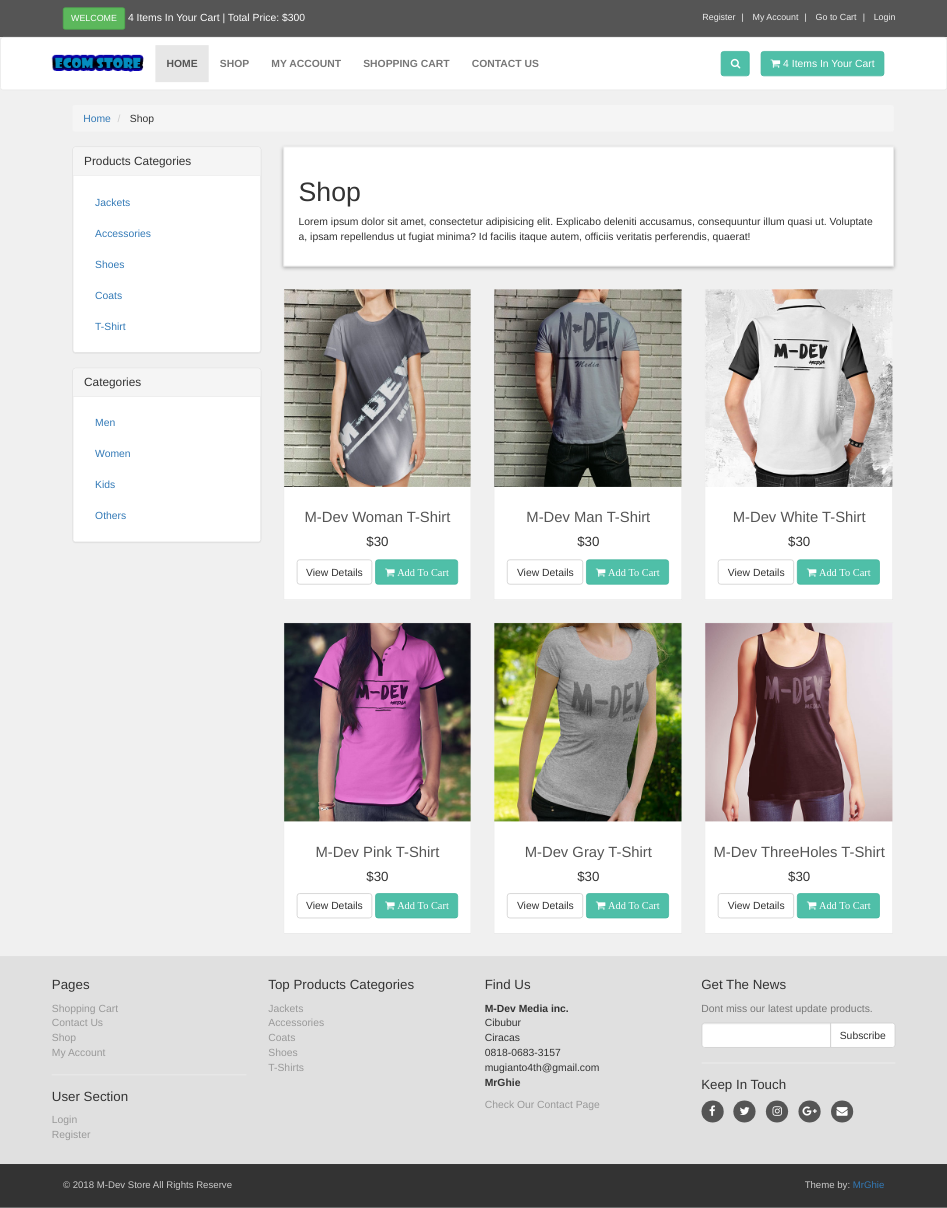
Repository: truonghuynhquy/M_Dev_Store
Page: http://localhost/shop.php
An editor plug-in stored every save of this project. The page is shown before and after the next save, followed by the edit.
The browser window is 1280 px wide. The pictures show the whole page, at 74% of full size.
The page is run by PHP 8.4 with error messages shown; the project is at /var/www/html/.

Above is the page before, as saved 2022-09-25 21:28:21.

### shop.php
<!DOCTYPE html>
<html lang="en">

<head>
    <meta charset="UTF-8">
    <meta http-equiv="X-UA-Compatible" content="IE=edge">
    <meta name="viewport" content="width=device-width, initial-scale=1.0">
    <title>M-Dev Shop</title>
    <link rel="stylesheet" href="styles/bootstrap-337.min.css">
    <link rel="stylesheet" href="styles/style.css">
    <link rel="stylesheet" href="font-awsome/css/font-awesome.min.css">
</head>

<body>
    <div id="top">
        <!--  Top:     Begin  -->

        <div class="container">
            <!--  Container:     Begin  -->
            <div class="col-md-6 offer">
                <!--  col-md-6 offer:     Begin  -->
                <a href="#" class="btn btn-success btn-sm">Welcome</a>
                <a href="checkout.php">4 Items In Your Cart | Total Price: $300</a>
            </div><!--  col-md-6:     Finish  -->

            <div class="col md-6">
                <!--  col-md-6:     Begin  -->

                <ul class="menu">
                    <!--  menu:     Begin  -->
                    <li>
                        <a href="customer_register.php">Register</a>
                    </li>
                    <li>
                        <a href="checkout.php">My Account</a>
                    </li>
                    <li>
                        <a href="cart.php">Go to Cart</a>
                    </li>
                    <li>
                        <a href="checkout.php">Login</a>
                    </li>

                </ul><!--  menu:     Finish  -->

            </div><!--  col-md-6:     Finish  -->

        </div><!--  Container:     Finish  -->

    </div><!--  Top:    Finish  -->

    <div id="navbar" class="navbar navbar-default">
        <!--  navbar navbar-default:    Begin  -->

        <div class="container">
            <!--  container:    Begin  -->

            <div class="nav-header">
                <!--  nav-header:    Begin  -->

                <a href="index.php" class="navbar-brand home">
                    <!-- navbar-brand home Begin -->

                    <img src="images/ecom-store-logo.png" alt="M-dev-Store Logo" class="hidden-xs">
                    <img src="images/ecom-store-logo-mobile.png" alt="M-dev-Store Logo Mobile" class="visible-xs">

                </a><!-- navbar-brand home Finish -->

                <button class="navbar-toggle" data-toggle="collapse" data-target="#navigation">

                    <span class="sr-only">Toggle navigation</span>

                    <i class="fa fa-align-justify"></i>

                </button>

                <button class="navbar-toggle" data-toggle="collapse" data-target="#search">

                    <span class="sr-only">Toggle Search</span>

                    <i class="fa fa-search"></i>

                </button>

            </div><!--  nav-header:    Finish  -->

            <div class="collapse navbar-collapse" id="navigation">
                <!-- navbar-collapse collapse Begin -->

                <div class="padding-nav">
                    <!-- padding-nav Begin -->

                    <ul class="nav navbar-nav left">
                        <!-- nav navbar-nav left Begin -->

                        <li class="active">
                            <a href="index.php">Home</a>
                        </li>
                        <li>
                            <a href="shop.php">Shop</a>
                        </li>
                        <li>
                            <a href="checkout.php">My Account</a>
                        </li>
                        <li>
                            <a href="cart.php">Shopping Cart</a>
                        </li>
                        <li>
                            <a href="contact.php">Contact Us</a>
                        </li>

                    </ul><!-- nav navbar-nav left Finish -->

                </div><!-- padding-nav Finish -->

                <a href="cart.php" class="btn navbar-btn btn-primary right">

                    <!-- btn navbar-btn btn-primary Begin -->

                    <i class="fa fa-shopping-cart"></i>

                    <span>4 Items In Your Cart</span>

                </a><!-- btn navbar-btn btn-primary Finish -->

                <div class="navbar-collapse collapse right">
                    <!-- navbar-collapse collapse right Begin -->

                    <button class="btn btn-primary navbar-btn" type="button" data-toggle="collapse" data-target="#search">
                        <!-- btn btn-primary navbar-btn Begin -->

                        <span class="sr-only">Toggle Search</span>

                        <i class="fa fa-search"></i>

                </div><!-- navbar-collapse collapse right Finish -->

                <div class="collapse clearfix" id="search">
                    <!-- collapse clearfix Begin -->

                    <form method="get" action="results.php" class="navbar-form">
                        <!-- navbar-form Begin -->

                        <div class="input-group">
                            <!-- input-group Begin -->

                            <input type="text" class="form-control" placeholder="Search" name="user_query" required>

                            <span class="input-group-btn">
                                <!-- input-group-btn Begin -->

                                <button type="submit" name="search" value="Search" class="btn btn-primary">
                                    <!-- btn btn-primary Begin -->

                                    <i class="fa fa-search"></i>

                                </button><!-- btn btn-primary Finish -->

                            </span><!-- input-group-btn Finish -->

                        </div><!-- input-group Finish -->

                    </form><!-- navbar-form Finish -->

                </div><!-- collapse clearfix Finish -->

            </div><!-- navbar-collapse collapse Finish -->

        </div><!--  container:    Finish  -->

    </div><!--  navbar navbar-default:    Finish  -->

    <div id="content">
        <!-- #content Begin -->

        <div class="container">
            <!-- container Begin -->

            <div class="col-md-12">
                <!-- col-md-12 Begin -->

                <ul class="breadcrumb">
                    <!-- breadcrumb Begin -->

                    <li>
                        <a href="index.php">Home</a>
                    </li>
                    <li>
                        Shop
                    </li>

                </ul><!-- breadcrumb Finish -->

            </div><!-- col-md-12 Finish  -->

            <div class="col-md-3">
                <!-- col-md-3 Begin -->

                <?php

                include("includes/sidebar.php");
                ?>

            </div><!-- col-md-3 Finish -->

            <div class="col-md-9">
                <!-- col-md-9 Begin -->

                <div class="box">
                    <!-- box Begin -->

                    <h1>Shop</h1>
                    <p>
                        Lorem ipsum dolor sit amet, consectetur adipisicing elit. Explicabo deleniti accusamus, consequuntur illum quasi ut. Voluptate a, ipsam repellendus ut fugiat minima? Id facilis itaque autem, officiis veritatis perferendis, quaerat!
                    </p>

                </div><!-- box Finish -->

                <div class="row">
                    <!-- row Begin -->

                    <div class="col-md-4 col-sm-6 center-responsive">
                        <!-- col-md-4 col-sm-6 center-responsive Begin -->

                        <div class="product">
                            <!-- product Begin -->

                            <a href="details.php">

                                <img class="img-responsive" src="admin_area/product_images/product-1.jpg" alt="Product 1">

                            </a>

                            <div class="text">
                                <!-- text Begin -->

                                <h3>
                                    <a href="details.php">
                                        M-Dev Woman T-Shirt
                                    </a>
                                </h3>

                                <p class="price">$30</p>

                                <p class="button">

                                    <a href="details.php" class="btn btn-default">View Details</a>

                                    <a href="details.php" class="btn btn-primary">

                                        <i class="fa fa-shopping-cart">
                                            Add To Cart
                                        </i>

                                    </a>

                                </p>

                            </div><!-- text Finish -->

                        </div><!-- product Finish -->

                    </div><!-- col-md-4 col-sm-6 center-responsive Finish -->

                    <div class="col-md-4 col-sm-6 center-responsive">
                        <!-- col-md-4 col-sm-6 center-responsive Begin -->

                        <div class="product">
                            <!-- product Begin -->

                            <a href="details.php">

                                <img class="img-responsive" src="admin_area/product_images/product-2.jpg" alt="Product 2">

                            </a>

                            <div class="text">
                                <!-- text Begin -->

                                <h3>
                                    <a href="details.php">
                                        M-Dev Man T-Shirt
                                    </a>
                                </h3>

                                <p class="price">$30</p>

                                <p class="button">

                                    <a href="details.php" class="btn btn-default">View Details</a>

                                    <a href="details.php" class="btn btn-primary">

                                        <i class="fa fa-shopping-cart">
                                            Add To Cart
                                        </i>

                                    </a>

                                </p>

                            </div><!-- text Finish -->

                        </div><!-- product Finish -->

                    </div><!-- col-md-4 col-sm-6 center-responsive Finish -->

                    <div class="col-md-4 col-sm-6 center-responsive">
                        <!-- col-md-4 col-sm-6 center-responsive Begin -->

                        <div class="product">
                            <!-- product Begin -->

                            <a href="details.php">

                                <img class="img-responsive" src="admin_area/product_images/Product-3b.jpg" alt="Product 3b">

                            </a>

                            <div class="text">
                                <!-- text Begin -->

                                <h3>
                                    <a href="details.php">
                                        M-Dev White T-Shirt
                                    </a>
                                </h3>

                                <p class="price">$30</p>

                                <p class="button">

                                    <a href="details.php" class="btn btn-default">View Details</a>

                                    <a href="details.php" class="btn btn-primary">

                                        <i class="fa fa-shopping-cart">
                                            Add To Cart
                                        </i>

                                    </a>

                                </p>

                            </div><!-- text Finish -->

                        </div><!-- product Finish -->

                    </div><!-- col-md-4 col-sm-6 center-responsive Finish -->

                    <div class="col-md-4 col-sm-6 center-responsive">
                        <!-- col-md-4 col-sm-6 center-responsive Begin -->

                        <div class="product">
                            <!-- product Begin -->

                            <a href="details.php">

                                <img class="img-responsive" src="admin_area/product_images/Product-4a.jpg" alt="Product 4a">

                            </a>

                            <div class="text">
                                <!-- text Begin -->

                                <h3>
                                    <a href="details.php">
                                        M-Dev Pink T-Shirt
                                    </a>
                                </h3>

                                <p class="price">$30</p>

                                <p class="button">

                                    <a href="details.php" class="btn btn-default">View Details</a>

                                    <a href="details.php" class="btn btn-primary">

                                        <i class="fa fa-shopping-cart">
                                            Add To Cart
                                        </i>

                                    </a>

                                </p>

                            </div><!-- text Finish -->

                        </div><!-- product Finish -->

                    </div><!-- col-md-4 col-sm-6 center-responsive Finish -->

                    <div class="col-md-4 col-sm-6 center-responsive">
                        <!-- col-md-4 col-sm-6 center-responsive Begin -->

                        <div class="product">
                            <!-- product Begin -->

                            <a href="details.php">

                                <img class="img-responsive" src="admin_area/product_images/Product-5a.jpg" alt="Product 5a">

                            </a>

                            <div class="text">
                                <!-- text Begin -->

                                <h3>
                                    <a href="details.php">
                                        M-Dev Gray T-Shirt
                                    </a>
                                </h3>

                                <p class="price">$30</p>

                                <p class="button">

                                    <a href="details.php" class="btn btn-default">View Details</a>

                                    <a href="details.php" class="btn btn-primary">

                                        <i class="fa fa-shopping-cart">
                                            Add To Cart
                                        </i>

                                    </a>

                                </p>

                            </div><!-- text Finish -->

                        </div><!-- product Finish -->

                    </div><!-- col-md-4 col-sm-6 center-responsive Finish -->

                    <div class="col-md-4 col-sm-6 center-responsive">
                        <!-- col-md-4 col-sm-6 center-responsive Begin -->

                        <div class="product">
                            <!-- product Begin -->

                            <a href="details.php">

                                <img class="img-responsive" src="admin_area/product_images/Product-6a.jpg" alt="Product 6a">

                            </a>

                            <div class="text">
                                <!-- text Begin -->

                                <h3>
                                    <a href="details.php">
                                        M-Dev ThreeHoles T-Shirt
                                    </a>
                                </h3>

                                <p class="price">$30</p>

                                <p class="button">

                                    <a href="details.php" class="btn btn-default">View Details</a>

                                    <a href="details.php" class="btn btn-primary">

                                        <i class="fa fa-shopping-cart">
                                            Add To Cart
                                        </i>

                                    </a>

                                </p>

                            </div><!-- text Finish -->

                        </div><!-- product Finish -->

                    </div><!-- col-md-4 col-sm-6 center-responsive Finish -->

                </div><!-- row Finish  -->

            </div><!-- col-md-9 Finish -->

        </div><!-- container Finish  -->

    </div> <!-- #content Finish  -->

    <?php

    include("includes/footer.php");

    ?>

    <script src="js/jquery-331.min.js"></script>
    <script src="js/bootstrap-337.min.js"></script>


</body>

</html>

### includes/sidebar.php
<div class="panel panel-default sidebar-menu">
    <!-- panel panel-default sidebar-menu Begin -->

    <div class="panel-heading">
        <!-- panel-heading Begin -->

        <h3 class="panel-title">Products Categories</h3>

    </div><!-- panel-heading Finish -->

    <div class="panel-body">
        <!-- panel-body Begin -->

        <ul class="nav nav-pills nav-stacked category-menu">
            <!-- nav nav-pills nav-stacked category-menu Begin -->

            <li><a href="#">Jackets</a></li>
            <li><a href="#">Accessories</a></li>
            <li><a href="#">Shoes</a></li>
            <li><a href="#">Coats</a></li>
            <li><a href="#">T-Shirt</a></li>

        </ul><!-- nav nav-pills nav-stacked category-menu Finish -->

    </div><!-- panel-body Finish -->

</div><!-- panel panel-default sidebar-menu Finish -->

<div class="panel panel-default sidebar-menu">
    <!-- panel panel-default sidebar-menu Begin -->

    <div class="panel-heading">
        <!-- panel-heading Begin -->

        <h3 class="panel-title">Categories</h3>

    </div><!-- panel-heading Finish -->

    <div class="panel-body">
        <!-- panel-body Begin -->

        <ul class="nav nav-pills nav-stacked category-menu">
            <!-- nav nav-pills nav-stacked category-menu Begin -->

            <li><a href="#">Men</a></li>
            <li><a href="#">Women</a></li>
            <li><a href="#">Kids</a></li>
            <li><a href="#">Others</a></li>

        </ul><!-- nav nav-pills nav-stacked category-menu Finish -->

    </div><!-- panel-body Finish -->

</div><!-- panel panel-default sidebar-menu Finish -->

### includes/footer.php
<div id="footer">
    <!-- #footer Begin -->

    <div class="container">
        <!-- container Begin -->

        <div class="row">
            <!-- row Begin -->

            <div class="col-sm-6 col-md-3">
                <!-- col-sm-6 col-md-3 Begin -->

                <h4>Pages</h4>

                <ul>
                    <!-- ul Begin -->
                    <li><a href="cart.php">Shopping Cart</a></li>
                    <li><a href="contact.php">Contact Us</a></li>
                    <li><a href="shop.php">Shop</a></li>
                    <li><a href="checkout.php">My Account</a></li>
                </ul><!-- ul Finish -->

                <hr>

                <h4>User Section</h4>

                <ul>
                    <!-- ul Begin -->
                    <li><a href="checkout.php">Login</a></li>
                    <li><a href="customer_register.php">Register</a></li>
                </ul><!-- ul Finish -->

                <hr class="hidden-md hidden-lg hidden-sm">

            </div><!-- col-sm-6 col-md-3 Finish -->

            <div class="com-sm-6 col-md-3">
                <!-- col-sm-6 col-md-3 Begin -->

                <h4>Top Products Categories</h4>

                <ul>
                    <!-- ul Begin -->
                    <li><a href="#">Jackets</a></li>
                    <li><a href="#">Accessories</a></li>
                    <li><a href="#">Coats</a></li>
                    <li><a href="#">Shoes</a></li>
                    <li><a href="#">T-Shirts</a></li>
                </ul><!-- ul Finish -->

                <hr class="hidden-md hidden-lg">

            </div><!-- col-sm-6 col-md-3 Finish -->

            <div class="col-sm-6 col-md-3">
                <!-- col-sm-6 col-md-3 Begin -->

                <h4>Find Us</h4>

                <p>
                    <!-- p Start -->

                    <strong>M-Dev Media inc.</strong>
                    <br />Cibubur
                    <br />Ciracas
                    <br />0818-0683-3157
                    <br />mugianto4th@gmail.com
                    <br /><strong>MrGhie</strong>

                </p><!-- p Finish -->

                <a href="contact.php">Check Our Contact Page</a>

                <hr class="hidden-md hidden-lg">

            </div><!-- col-sm-6 col-md-3 Finish -->

            <div class="col-sm-6 col-md-3">

                <h4>Get The News</h4>

                <p class="text-muted">
                    Dont miss our latest update products.
                </p>

                <form action="" method="post">
                    <!-- form begin -->
                    <div class="input-group">
                        <!-- input-group begin -->

                        <input type="text" class="form-control" name="email">

                        <span class="input-group-btn">
                            <!-- input-group-btn begin -->

                            <input type="submit" value="Subscribe" class="btn btn-default">

                        </span><!-- input-group-btn Finish -->

                    </div><!-- input-group Finish -->

                </form><!-- form Finish -->

                <hr>

                <h4>Keep In Touch</h4>

                <p class="social">
                    <a href="#" class="fa fa-facebook"></a>
                    <a href="#" class="fa fa-twitter"></a>
                    <a href="#" class="fa fa-instagram"></a>
                    <a href="#" class="fa fa-google-plus"></a>
                    <a href="#" class="fa fa-envelope"></a>
                </p>

            </div><!-- col-sm-6 col-md-3 Finish -->

        </div><!-- row Finish -->

    </div><!-- container Finish -->

</div><!-- #footer Finish -->

<div id="copyright">
    <!-- #copyright Begin -->

    <div class="container">
        <!-- container Begin -->

        <div class="col-md-6">
            <!-- col-md-6 Begin -->

            <p class="pull-left">&copy; 2018 M-Dev Store All Rights Reserve</p>

        </div><!-- col-md-6 Finish -->

        <div class="col-md-6">
            <!-- col-md-6 Begin -->

            <p class="pull-right">Theme by: <a href="#">MrGhie</a></p>

        </div><!-- col-md-6 Finish -->

    </div><!-- container Finish -->

</div><!-- #copyright Finish -->

Loaded but not shown: styles/bootstrap-337.min.css (library); font-awsome/css/font-awesome.min.css (library); js/jquery-331.min.js (library); js/bootstrap-337.min.js (library); styles/style.css (256 lines, source omitted)

After the next save:
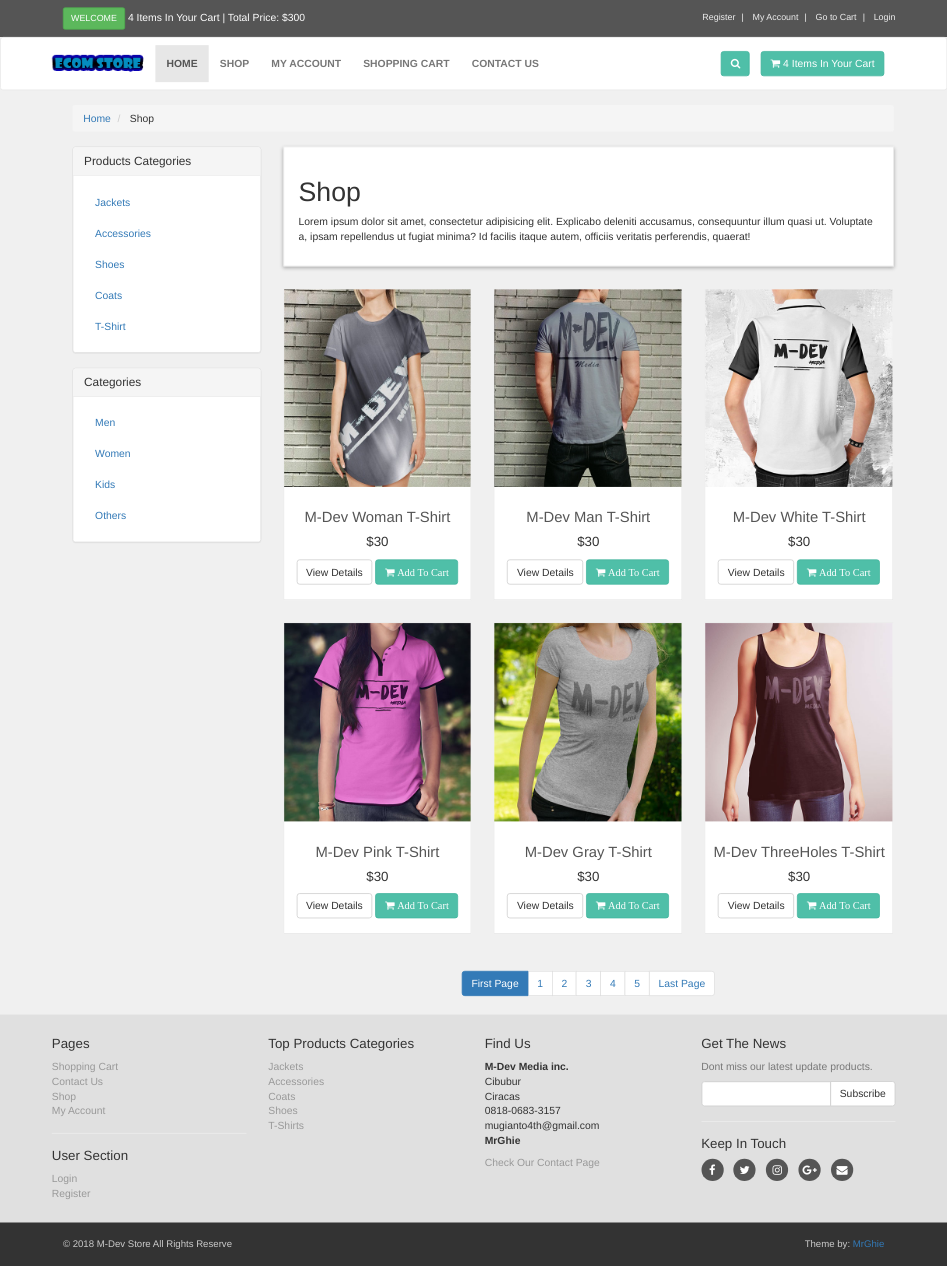
Saved 2 min 0 s later.
--- a/shop.php
+++ b/shop.php
@@ -479,6 +479,20 @@
 
                 </div><!-- row Finish  -->
 
+                <center>
+
+                <ul class="pagination">
+                    <li class="active"><a href="#">First Page</a></li>
+                    <li><a href="#">1</a></li>
+                    <li><a href="#">2</a></li>
+                    <li><a href="#">3</a></li>
+                    <li><a href="#">4</a></li>
+                    <li><a href="#">5</a></li>
+                    <li><a href="#">Last Page</a></li>
+                </ul>
+
+                </center>
+
             </div><!-- col-md-9 Finish -->
 
         </div><!-- container Finish  -->
